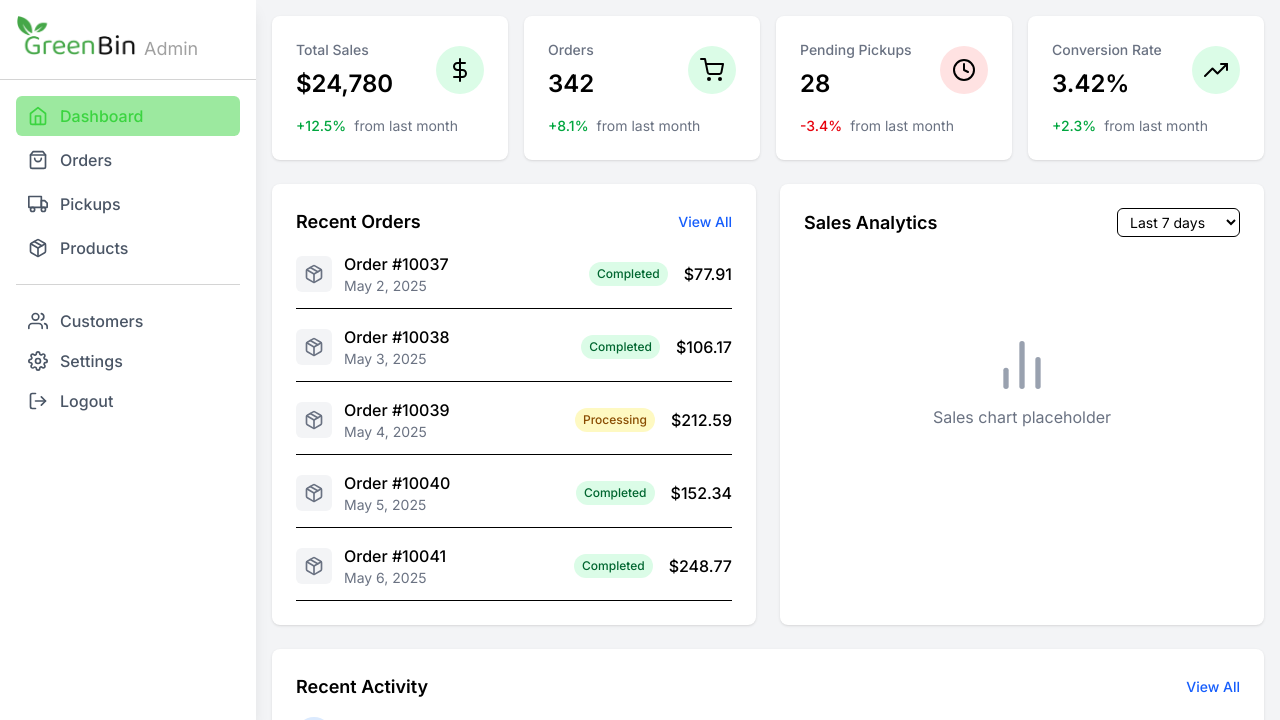
Repository: Siddhu123456/Plastic-Waste-Management
Page: /dashboard (app in frontend/)
The author's editor kept a copy of each file at every save. The page is drawn from the files as they stood at one save, then again after the next save.
The browser window is 1280 px wide. The pictures show the whole page.
An inner scrolling area shows only its first screen. The project was rebuilt for these pictures with package versions that can differ from the ones it lists, and the page was loaded fresh each time. Also part of the build but not shown: frontend/vite.config.js, frontend/src/components/ProductCard.jsx, frontend/src/components/TrendingProductsCarousel.jsx, frontend/src/pages/Home.jsx, frontend/src/components/FilterBar.jsx, frontend/src/components/Loader.jsx, frontend/src/pages/customer/Shop.jsx, frontend/src/pages/customer/Recycle.jsx and 22 more. Imported but missing from the stored project, and not drawn on this page: frontend/src/pages/Help, frontend/src/pages/customer/WishList.

Above is the page before, as saved 2025-05-06 20:07:14.

After the next save:
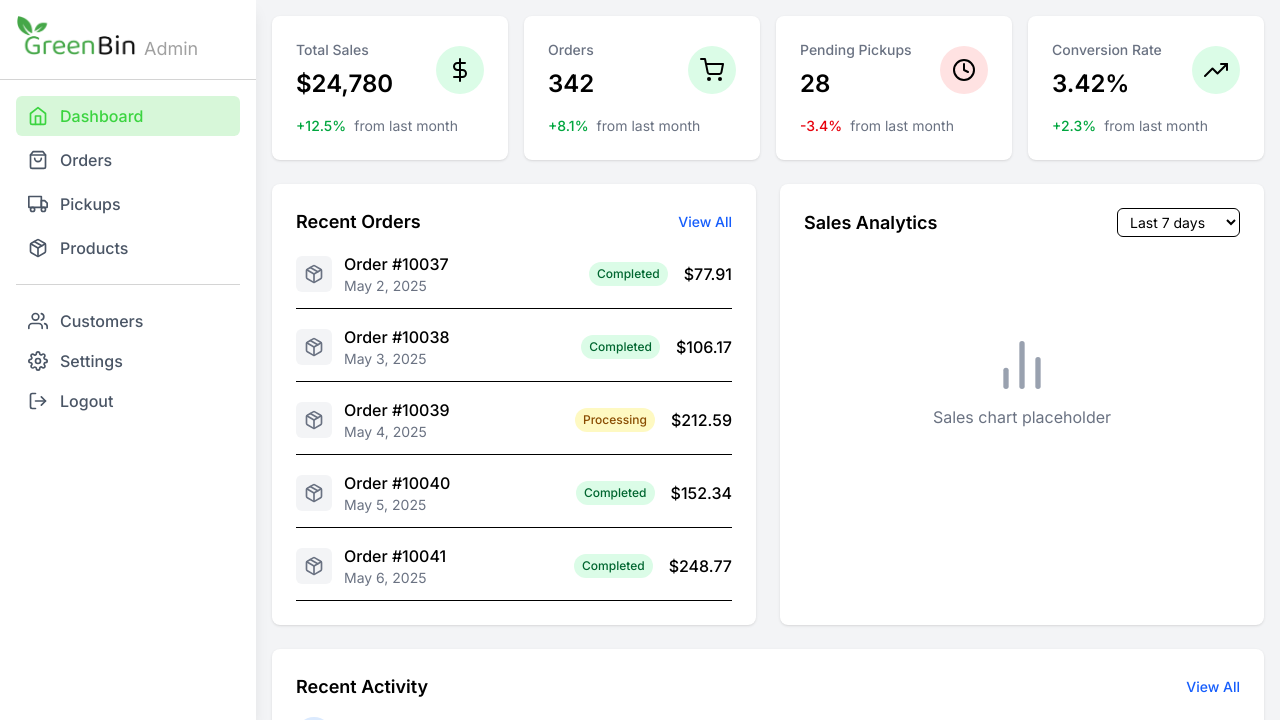
Saved 5 s later.
--- a/frontend/src/components/SidebarItem.jsx
+++ b/frontend/src/components/SidebarItem.jsx
@@ -3,7 +3,7 @@ const SidebarItem = ({ icon, title, active, onClick }) => {
       <button
         onClick={onClick}
         className={`flex items-center w-full px-3 py-2 rounded-md transition-colors ${
-          active ? 'bg-lgg/50 text-lgg' : 'text-gray-600 hover:bg-gray-100'
+          active ? 'bg-lgg/20 text-lgg' : 'text-gray-600 hover:bg-gray-100'
         }`}
       >
         <span className="mr-3">{icon}</span>
